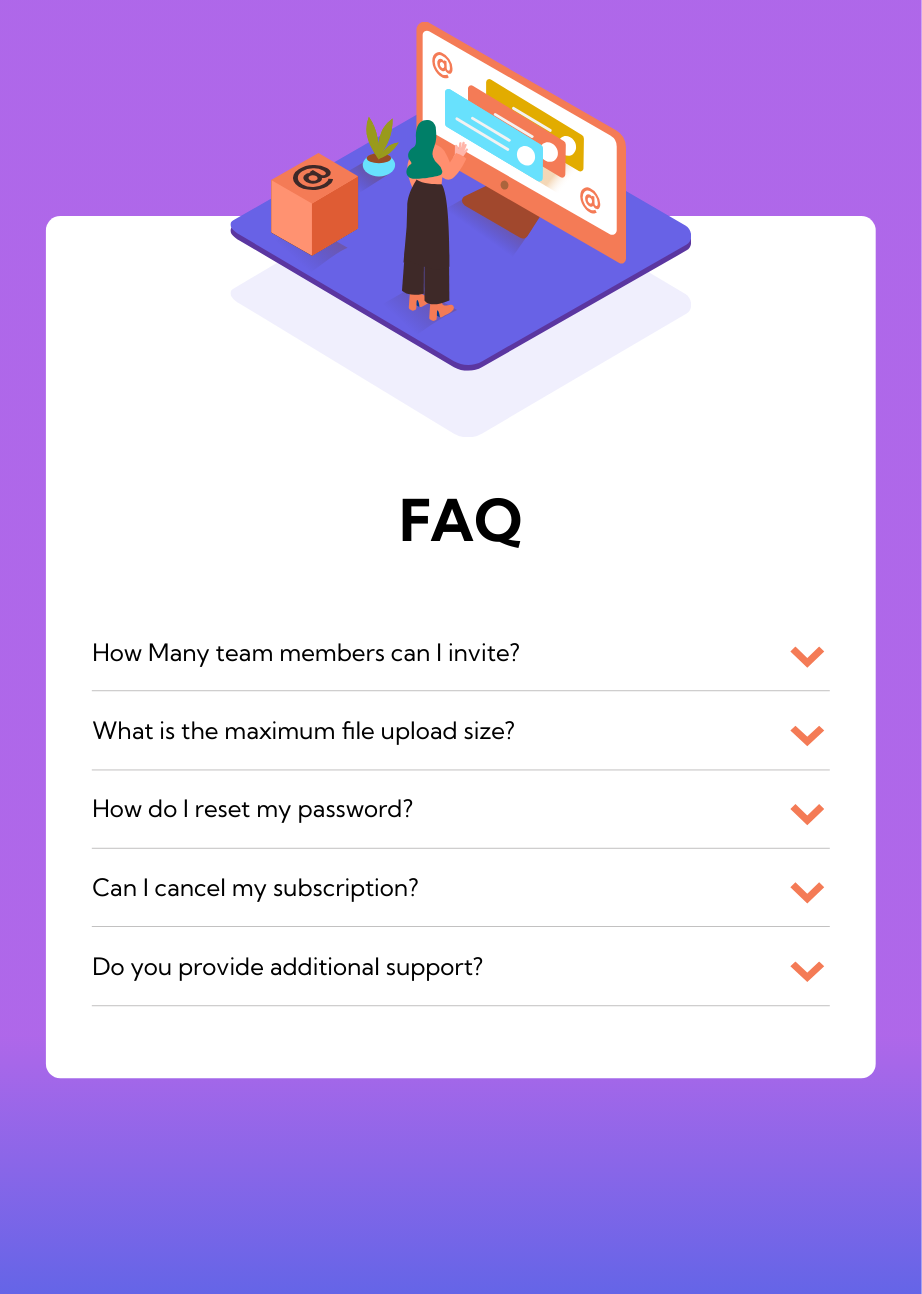
Repository: ryanwilll/ProjetoFAQ
Page: index.html
The author's editor kept a copy of each file at every save. The page is drawn from the files as they stood at one save, then again after the next save.
The browser window is 1024 px wide. The pictures show the whole page, at 90% of full size.

Above is the page before, as saved 2022-10-26 19:57:20.

### index.html
<!DOCTYPE html>
<html lang="pt-br">

<head>
  <meta charset="UTF-8">
  <meta name="viewport" content="width=device-width, initial-scale=1.0">
  <!-- displays site properly based on user's device -->
  <link rel="preconnect" href="https://fonts.googleapis.com">
  <link rel="preconnect" href="https://fonts.gstatic.com" crossorigin>
  <link rel="preconnect" href="https://fonts.googleapis.com">
  <link rel="preconnect" href="https://fonts.gstatic.com" crossorigin>
  <link href="https://fonts.googleapis.com/css2?family=Kumbh+Sans:wght@400;700&display=swap" rel="stylesheet">
  <link rel="icon" type="image/png" sizes="32x32" href="./images/favicon-32x32.png">
  <link rel="stylesheet" href="./css/style.css">
  <link rel="stylesheet" href="./css/allmedia.css">
  <title>Frontend Mentor | FAQ Accordion Card</title>

  <!-- Feel free to remove these styles or customise in your own stylesheet 👍 -->
</head>

<body>

  <main class="container">
    <div class="card-white">
      <div class="imgs">
        <img class="img-principal" src="./images/illustration-woman-online-mobile.svg" alt="Ilustração Mobile">
        <img class="sombra-img-principal" src="./images/bg-pattern-mobile.svg" alt="Sombreamento da Imagem">
      </div>
      <h1 class="FAQ">FAQ</h1>
      <div class="faq-menu">

        <div class="text">
          <button class="button-answer">
            <div class="question"> How Many team members can I invite?<img class="seta"
                src="./images/icon-arrow-down.svg" alt="Seta para baixo"></div>

          </button>
          <p class="answer"> You can invite up to 2 additional users on the Free plan. There is no limit on team
            members
            for the Premium
            plan.</p>
        </div>
        <div class="text">
          <button class="button-answer">
            <div class="question"> What is the maximum file upload size?<img class="seta"
                src="./images/icon-arrow-down.svg" alt="Seta para baixo"></div>

          </button>
          <p class="answer"> No more than 2GB. All files in your account must fit your allotted storage space.</p>
        </div>
        <div class="text">
          <button class="button-answer">
            <div class="question"> How do I reset my password?<img class="seta" src="./images/icon-arrow-down.svg"
                alt="Seta para baixo"></div>

          </button>
          <p class="answer"> Click “Forgot password” from the login page or “Change password” from your profile page.
            A reset link will be emailed to you.</p>
        </div>
        <div class="text">
          <button class="button-answer">
            <div class="question"> Can I cancel my subscription?<img class="seta" src="./images/icon-arrow-down.svg"
                alt="Seta para baixo"></div>

          </button>
          <p class="answer"> Yes! Send us a message and we’ll process your request no questions asked.</p>
        </div>
        <div class="text">
          <button class="button-answer">
            <div class="question"> Do you provide additional support?<img class="seta"
                src="./images/icon-arrow-down.svg" alt="Seta para baixo"></div>

          </button>
          <p class="answer"> You can invite up to 2 additional users on the Free plan. There is no limit on team
            members
            for the Premium
            plan.</p>
        </div>
      </div>

    </div>
  </main>
  <script src="./src/index.js"></script>
</body>

</html>

### css/style.css
@charset "UTF-8";

/*Versão Mobile First*/
* {
  font-family: "Kumbh Sans", sans-serif;
  margin: 0px;
  padding: 0px;
  box-sizing: border-box;
}

body {
  background: linear-gradient(hsl(273, 75%, 66%) 80%, hsl(240, 73%, 65%));
  background: linear-gradient(hsl(273, 75%, 66%) 80%, hsl(240, 73%, 65%));
  background-repeat: no-repeat;
  position: relative;
  height: 100vh;
  width: 100vw;
}

.card-white {
  background-color: white;
  width: 90vw;
  max-height: 100vh;
  margin: 10em auto;
  border-radius: 1em;
  padding-bottom: 5em;
}

.card-white .imgs {
  position: relative;
  width: 50vw;
  margin: auto;
  top: -5.5em;
  z-index: 1;
}

.card-white .imgs .sombra-img-principal {
  position: relative;
  width: 50vw;
  margin: auto;
  top: -4.5em;
  z-index: -1;
}
.card-white .FAQ {
  font-size: 2.5em;
  text-align: center;
  font-weight: 600;
  margin: -3em 0em 1em;
}

.card-white button {
  border-style: none;
  text-align: left;
  background-color: transparent;
  transition: color ease-in-out 0.2s;
  justify-content: space-between;
  width: 70%;
}
.card-white button img {
  position: relative;
  right: 4em;
  float: right;
  bottom: -0.4em;
}

.card-white button:hover {
  color: orange;
}

.card-white .faq-menu .text .question {
  width: 90vw;
  margin: 1em 0em;
}

.card-white .answer {
  visibility: hidden;
  height: 0;
  transition: height 0.5s ease;
}
.card-white .faq-menu .text {
  border-bottom: 1px solid rgb(187, 186, 186);
  width: 80vw;
  margin: auto;
}

.card-white .faq-menu .text.active .question {
  font-weight: bold;
}

.card-white .faq-menu .text.active .answer {
  visibility: visible;
  height: 2.4em;
  margin: 0.5em 0em;
  width: 75vw;
  font-size: 0.7em;
  margin-bottom: 2em;
  animation: fade 1s ease-in-out;
}

.card-white .faq-menu .text.active .seta {
  transform: rotate(180deg);
}
.seta {
  transition: transform 0.5s ease-in;
}

@keyframes fade {
  from {
    opacity: 0;
    transform: translateY(-10px);
  }
  to {
    opacity: 1;
    transform: translateY(0px);
  }
}

### css/allmedia.css
@media screen and (min-width: 600px) and (max-width: 768px) {
  body {
    background: linear-gradient(hsl(273, 75%, 66%) 80%, hsl(240, 73%, 65%));
    background: linear-gradient(hsl(273, 75%, 66%) 80%, hsl(240, 73%, 65%));
    background-repeat: no-repeat;
    position: relative;
    height: 100%;
    width: 100%;
  }
  .card-white {
    max-height: 100%;
    margin: 13em auto;
    border-radius: 1em;
    padding-bottom: 5em;
  }
  .card-white .imgs {
    top: -10.5em;
  }

  .card-white .imgs .sombra-img-principal {
    top: -7.5em;
  }
  .card-white .FAQ {
    font-size: 3.5em;
    margin: -5em 0em 1em;
  }
  .card-white button img {
    width: 1.5em;
    height: 1em;
  }
  .card-white .faq-menu .text .question {
    font-size: 2em;
  }
  .card-white .faq-menu .text.active .answer {
    font-size: 1.5em;
  }
}

@media screen and (min-width: 769px) and (max-width: 992px) {
  body {
    background: linear-gradient(hsl(273, 75%, 66%) 80%, hsl(240, 73%, 65%));
    background: linear-gradient(hsl(273, 75%, 66%) 80%, hsl(240, 73%, 65%));
    background-repeat: no-repeat;
    position: relative;
    height: 100%;
    width: 100%;
  }
  .card-white {
    max-height: 100%;
    margin: 15em auto;
    border-radius: 1em;
    padding-bottom: 5em;
  }
  .card-white .imgs {
    top: -13.5em;
  }

  .card-white .imgs .sombra-img-principal {
    top: -9.5em;
  }
  .card-white .FAQ {
    font-size: 4em;
    margin: -5em 0em 1em;
  }
  .card-white button img {
    width: 1.5em;
    height: 1em;
  }
  .card-white .faq-menu .text .question {
    font-size: 2em;
  }
  .card-white .faq-menu .text.active .answer {
    font-size: 1.5em;
  }
}

@media screen and (min-width: 993px) and (max-width: 1200px) {
  body {
    background: linear-gradient(hsl(273, 75%, 66%) 80%, hsl(240, 73%, 65%));
    background: linear-gradient(hsl(273, 75%, 66%) 80%, hsl(240, 73%, 65%));
    background-repeat: no-repeat;
    position: relative;
    height: 100%;
    width: 100%;
  }
  .card-white {
    max-height: 100%;
    margin: 15em auto;
    border-radius: 1em;
    padding-bottom: 5em;
  }
  .card-white .imgs {
    top: -13.5em;
  }

  .card-white .imgs .sombra-img-principal {
    top: -9.5em;
  }
  .card-white .FAQ {
    font-size: 4em;
    margin: -5em 0em 1em;
  }
  .card-white button img {
    width: 1.5em;
    height: 1em;
  }
  .card-white .faq-menu .text .question {
    font-size: 2em;
  }
  .card-white .faq-menu .text.active .answer {
    font-size: 1.5em;
  }
}

@media screen and (min-width: 1200px) {
}

### src/index.js
const faqs = document.querySelectorAll(".text");

faqs.forEach((faq) => {
  faq.addEventListener("click", () => {
    faq.classList.toggle("active");
  });
});

After the next save:
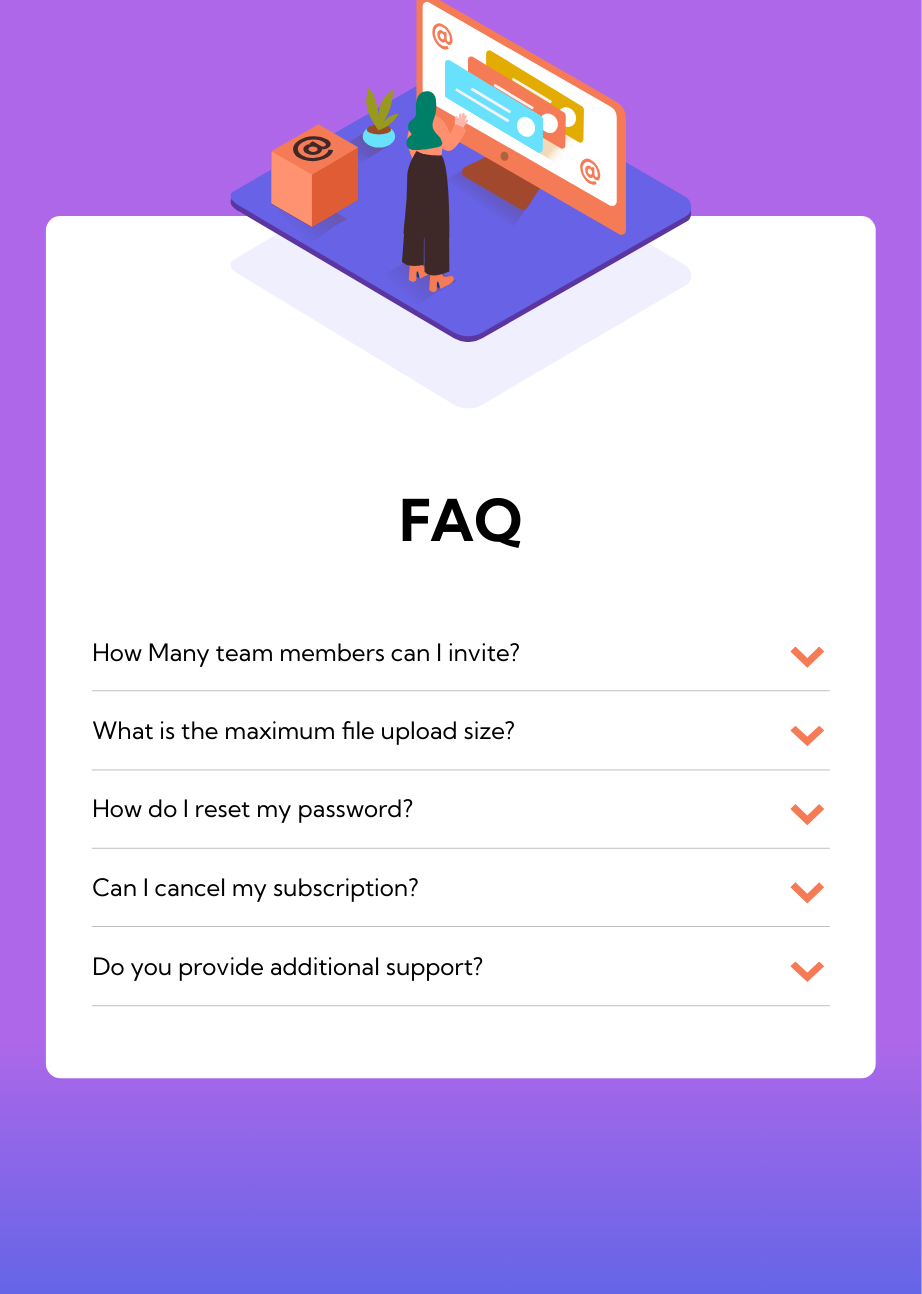
Saved 7 s later.
--- a/css/allmedia.css
+++ b/css/allmedia.css
@@ -90,7 +90,7 @@
     padding-bottom: 5em;
   }
   .card-white .imgs {
-    top: -13.5em;
+    top: -15.5em;
   }
 
   .card-white .imgs .sombra-img-principal {
